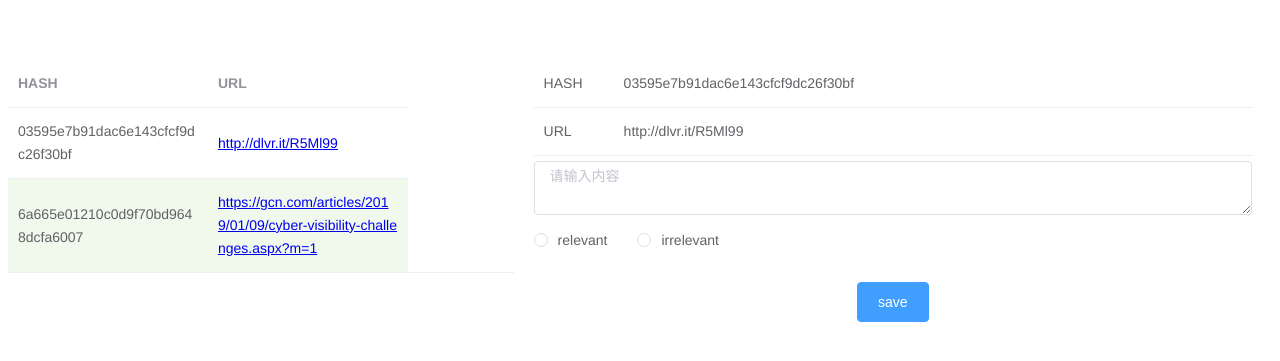
Repository: NicoleGX/TI
Page: /
An editor plug-in stored every save of this project. The page is shown before and after the next save, followed by the edit.
The browser window is 1280 px wide. The pictures show the whole page.
The project was rebuilt for these pictures with package versions that can differ from the ones it lists, and the page was loaded fresh each time.

Above is the page before, as saved 2019-05-28 20:35:23.

### index.html
<!DOCTYPE html>
<html>
  <head>
    <meta charset="utf-8">
    <meta name="viewport" content="width=device-width,initial-scale=1.0">
    <title>cyberti</title>
  </head>
  <body>
    <div id="app"></div>
    <!-- built files will be auto injected -->
  </body>
</html>

### src/main.js
// The Vue build version to load with the `import` command
// (runtime-only or standalone) has been set in webpack.base.conf with an alias.
import Vue from 'vue'
import App from './App'
import router from './router'

import ElementUI from 'element-ui'
import 'element-ui/lib/theme-chalk/index.css';

Vue.use(ElementUI)

Vue.config.productionTip = false

/* eslint-disable no-new */
new Vue({
  el: '#app',
  router,
  components: { App },
  template: '<App/>'
})

### src/router/index.js
import Vue from 'vue'
import Router from 'vue-router'
import TextClassification from '@/views/TextClassification'

Vue.use(Router)

export default new Router({
  routes: [
    {
      path: '/',
      name: 'TextClassification',
      component: TextClassification
    }
  ]
})

### src/views/TextClassification.vue
<template>
  <el-container>
    <el-aside style="width: 40%">
      <el-table
        :data="tableData"
        style="width: 100%"
        :row-class-name="tableRowClassName"
        @cell-click="onCellClick">
        <el-table-column
          prop="hash"
          label="HASH"
          width="200">
        </el-table-column>
        <el-table-column
          prop="url"
          label="URL"
          width="200">
          <template slot-scope="scope">
            <a :href=scope.row.url
              target="_black"
              class="buttonText">{{scope.row.url}}</a>
          </template>
        </el-table-column>
      </el-table>
    </el-aside>

    <el-main style="width: 60%;padding-top: 0;padding-bottom: 0;">
      <el-table
        :data="formData"
        :show-header="false"
        style="width: 100%">
        <el-table-column
          prop="label"
          label="label"
          width="80"></el-table-column>
        <el-table-column
          prop="value"
          label="value"></el-table-column>
      </el-table>
      <el-form ref="form" :model="form">
        <el-input
          type="textarea"
          :autosize="{ minRows: 2, maxRows: 4}"
          placeholder="请输入内容"
          v-model="form.text"
          style="margin: 5px 0;">
        </el-input>
        <el-form-item style="text-align: left;">
          <el-radio v-model="form.radio" label="relevant" name="type"></el-radio>
          <el-radio v-model="form.radio" label="irrelevant" name="type"></el-radio>
        </el-form-item>
        <el-button type="primary">save</el-button>
      </el-form>
    </el-main>

  </el-container>
</template>

<script>
export default {
  name: 'textclassfication',
  methods: {
    tableRowClassName({row, rowIndex}) {
      if (row['has_edit']) {
        return 'success-row';
      } else {
        return 'warning-row';
      }
      return '';
    },
    onCellClick(row, column, cell, event) {
      this.formData[0]['value'] = row['hash']
      this.formData[1]['value'] = row['url']
    }
  },
  data() {
    return {
      tableData: [{
        hash: '03595e7b91dac6e143cfcf9dc26f30bf',
        url: 'http://dlvr.it/R5Ml99',
        has_edit: false
      }, {
        hash: '6a665e01210c0d9f70bd9648dcfa6007',
        url: 'https://gcn.com/articles/2019/01/09/cyber-visibility-challenges.aspx?m=1',
        has_edit: true
      }],
      formData: [{
        label: 'HASH',
        value: '03595e7b91dac6e143cfcf9dc26f30bf'
      },{
        label: 'URL',
        value: 'http://dlvr.it/R5Ml99'
      }],
      form: {
        text: '',
        radio: '0'
      }
    }
  }
}
</script>

<style>
.el-table {
  width: 100%!important;
}
.el-table .warning-row {
  background: #fff;
}

.el-table .success-row {
  background: #f0f9eb;
}
</style>

Loaded but not shown: src/App.vue (common file)

After the next save:
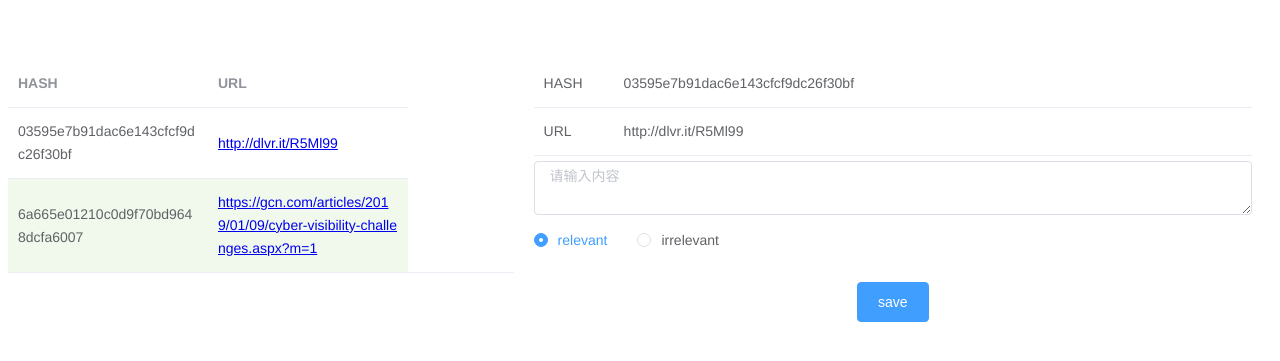
Saved 20 s later.
--- a/src/views/TextClassification.vue
+++ b/src/views/TextClassification.vue
@@ -93,7 +93,7 @@ export default {
       }],
       form: {
         text: '',
-        radio: '0'
+        radio: 'relevant'
       }
     }
   }
